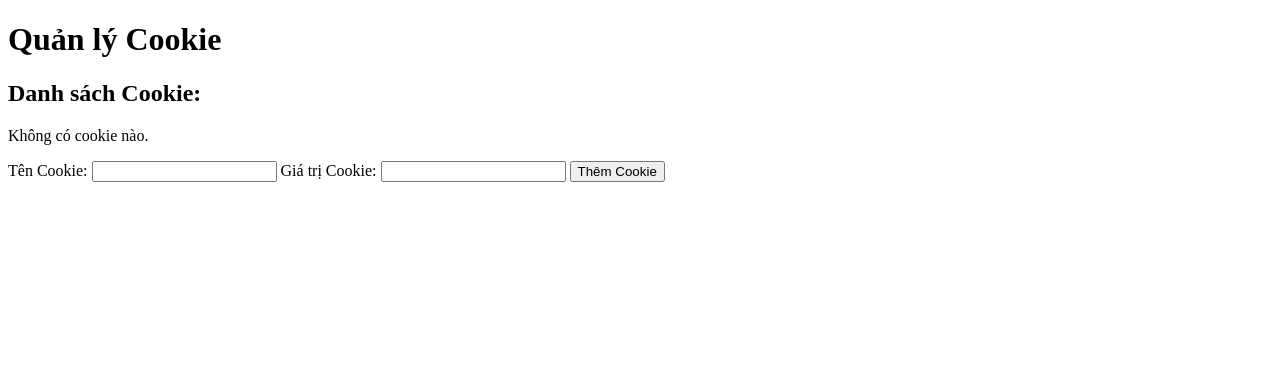
Repository: 3KAER/lab03_phan2
Page: lab04/phan1_bai2/index.html
The author's editor kept a copy of each file at every save. The page is drawn from the files as they stood at one save, then again after the next save.
The browser window is 1280 px wide. The pictures show the whole page.

Above is the page before, as saved 2024-04-22 03:23:36.

### lab04/phan1_bai2/index.html
<!DOCTYPE html>
<html lang="en">
<head>
<meta charset="UTF-8">
<meta name="viewport" content="width=device-width, initial-scale=1.0">
<title>Quản lý Cookie</title>
</head>
<body>
<h1>Quản lý Cookie</h1>
<div id="cookie-list"></div>
<form id="cookie-form">
    <label for="name">Tên Cookie:</label>
    <input type="text" id="name" name="name" required>
    <label for="value">Giá trị Cookie:</label>
    <input type="text" id="value" name="value" required>
    <button type="submit" id="add-button">Thêm Cookie</button>
    <button type="button" id="edit-button" style="display: none;">Lưu chỉnh sửa</button>
</form>
<script src="script.js"></script>
</body>
</html>

### lab04/phan1_bai2/script.js
document.addEventListener('DOMContentLoaded', function() {
    displayCookies();

    const form = document.getElementById('cookie-form');
    const addButton = document.getElementById('add-button');
    const editButton = document.getElementById('edit-button');

    addButton.addEventListener('click', function(event) {
        event.preventDefault();
        const name = form.name.value;
        const value = form.value.value;
        setCookie(name, value);
        displayCookies();
        form.reset();
    });

    editButton.addEventListener('click', function(event) {
        event.preventDefault();
        const name = form.name.value;
        const value = form.value.value;
        editCookie(name, value);
        displayCookies();
        form.reset();
        addButton.style.display = 'inline';
        editButton.style.display = 'none';
    });

    const cookieList = document.getElementById('cookie-list');
    cookieList.addEventListener('click', function(event) {
        if (event.target.classList.contains('edit')) {
            const name = event.target.dataset.name;
            const value = event.target.dataset.value;
            form.name.value = name;
            form.value.value = value;
            addButton.style.display = 'none';
            editButton.style.display = 'inline';
        } else if (event.target.classList.contains('delete')) {
            const name = event.target.dataset.name;
            deleteCookie(name);
            displayCookies();
        }
    });
});

function setCookie(name, value) {
    document.cookie = `${encodeURIComponent(name)}=${encodeURIComponent(value)}; path=/`;
}

function deleteCookie(name) {
    document.cookie = `${encodeURIComponent(name)}=; expires=Thu, 01 Jan 1970 00:00:00 UTC; path=/;`;
}

function editCookie(name, value) {
    deleteCookie(name);
    setCookie(name, value);
}

function displayCookies() {
    const cookies = document.cookie.split(';').map(cookie => cookie.trim());
    const cookieList = document.getElementById('cookie-list');
    cookieList.innerHTML = '<h2>Danh sách Cookie:</h2>';
    if (cookies[0] === '') {
        cookieList.innerHTML += '<p>Không có cookie nào.</p>';
    } else {
        cookies.forEach(cookie => {
            const [name, value] = cookie.split('=');
            cookieList.innerHTML += `
                <div>
                    <strong>${decodeURIComponent(name)}</strong>: ${decodeURIComponent(value)}
                    <button class="edit" data-name="${decodeURIComponent(name)}" data-value="${decodeURIComponent(value)}">Sửa</button>
                    <button class="delete" data-name="${decodeURIComponent(name)}">Xóa</button>
                </div>
            `;
        });
    }
}

### lab04/phan1_bai2/styles.css
body {
    font-family: Arial, sans-serif;
    background-color: #f4f4f4;
    margin: 0;
    padding: 0;
}

.container {
    max-width: 600px;
    margin: 50px auto;
    background-color: #fff;
    padding: 20px;
    border-radius: 5px;
    box-shadow: 0 0 10px rgba(0, 0, 0, 0.1);
}

h1 {
    text-align: center;
    margin-bottom: 20px;
}

#cookie-list {
    margin-bottom: 20px;
}

.controls {
    display: flex;
    justify-content: space-between;
    align-items: center;
}

input[type="text"] {
    padding: 8px;
    border: 1px solid #ccc;
    border-radius: 4px;
}

button {
    padding: 8px 20px;
    border: none;
    border-radius: 4px;
    background-color: #4caf50;
    color: #fff;
    cursor: pointer;
}

button:hover {
    background-color: #45a049;
}

After the next save:
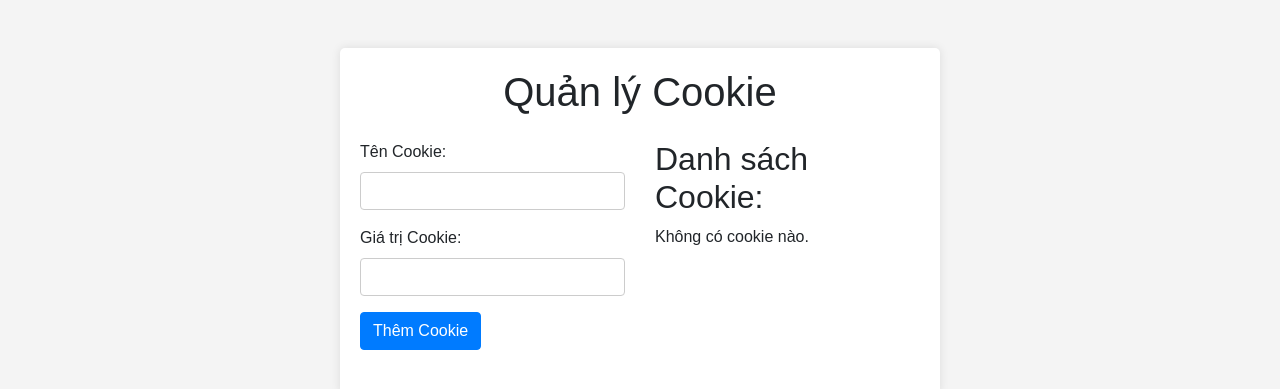
Saved 109 s later.
--- a/lab04/phan1_bai2/index.html
+++ b/lab04/phan1_bai2/index.html
@@ -1,21 +1,35 @@
 <!DOCTYPE html>
 <html lang="en">
 <head>
-<meta charset="UTF-8">
-<meta name="viewport" content="width=device-width, initial-scale=1.0">
-<title>Quản lý Cookie</title>
+    <meta charset="UTF-8">
+    <meta name="viewport" content="width=device-width, initial-scale=1.0">
+    <title>Quản lý Cookie</title>
+    <link href="https://stackpath.bootstrapcdn.com/bootstrap/4.5.2/css/bootstrap.min.css" rel="stylesheet">
+    <link rel="stylesheet" href="styles.css">
 </head>
 <body>
-<h1>Quản lý Cookie</h1>
-<div id="cookie-list"></div>
-<form id="cookie-form">
-    <label for="name">Tên Cookie:</label>
-    <input type="text" id="name" name="name" required>
-    <label for="value">Giá trị Cookie:</label>
-    <input type="text" id="value" name="value" required>
-    <button type="submit" id="add-button">Thêm Cookie</button>
-    <button type="button" id="edit-button" style="display: none;">Lưu chỉnh sửa</button>
-</form>
-<script src="script.js"></script>
+    <div class="container mt-5">
+        <h1 class="text-center mb-4">Quản lý Cookie</h1>
+        <div class="row">
+            <div class="col-md-6">
+                <form id="cookie-form" class="mb-4">
+                    <div class="form-group">
+                        <label for="name">Tên Cookie:</label>
+                        <input type="text" id="name" name="name" class="form-control" required>
+                    </div>
+                    <div class="form-group">
+                        <label for="value">Giá trị Cookie:</label>
+                        <input type="text" id="value" name="value" class="form-control" required>
+                    </div>
+                    <button type="submit" id="add-button" class="btn btn-primary">Thêm Cookie</button>
+                    <button type="button" id="edit-button" class="btn btn-success d-none">Lưu chỉnh sửa</button>
+                </form>
+            </div>
+            <div class="col-md-6">
+                <div id="cookie-list"></div>
+            </div>
+        </div>
+    </div>
+    <script src="script.js"></script>
 </body>
 </html>
